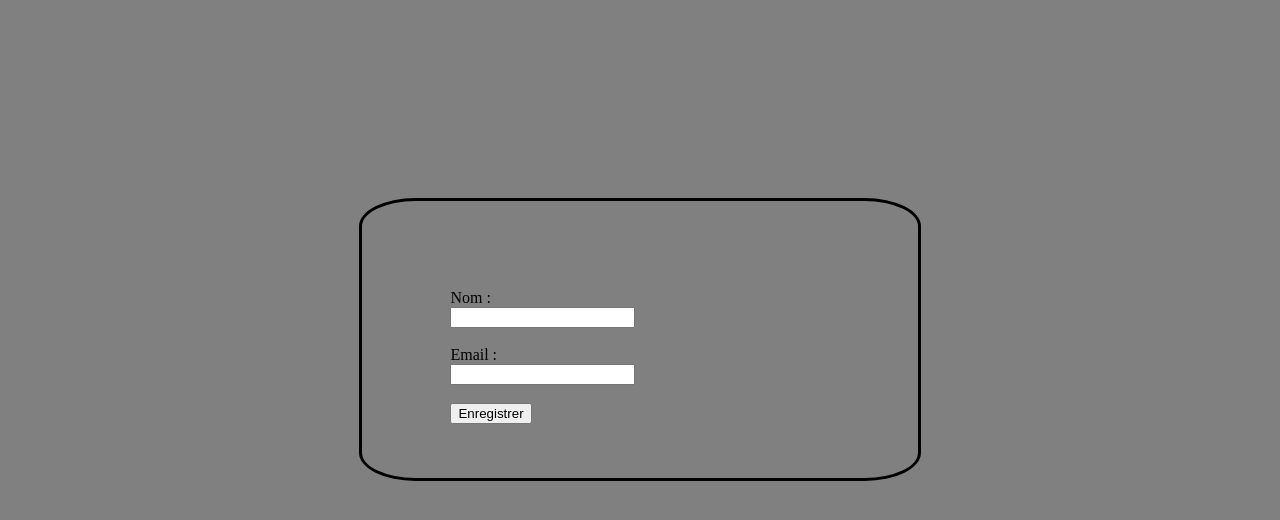
Repository: Haidara-97/TPJEE
Page: http://localhost/AppTest/
These files come from the project's save history. The page is drawn as it stood at one moment and after the next save; the edit follows.
The browser window is 1280 px wide. The pictures show the whole page.
The page is served by Tomcat 9.

Above is the page before, as saved 2025-06-18 14:13:25.

After the next save:
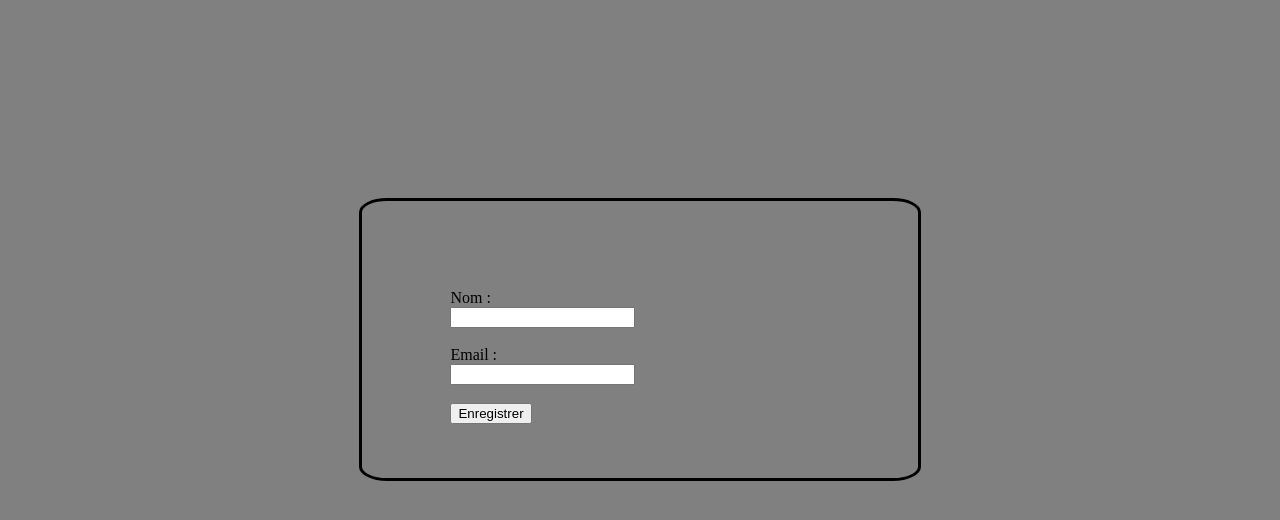
Saved 25 s later.
--- a/AppTest/src/main/webapp/index.jsp
+++ b/AppTest/src/main/webapp/index.jsp
@@ -18,7 +18,7 @@ border: solid;
 width:30%;
 height: 100px;
 padding:7%;
-border-radius:10%;
+border-radius:5%;
 }
 </style>
 </head>
